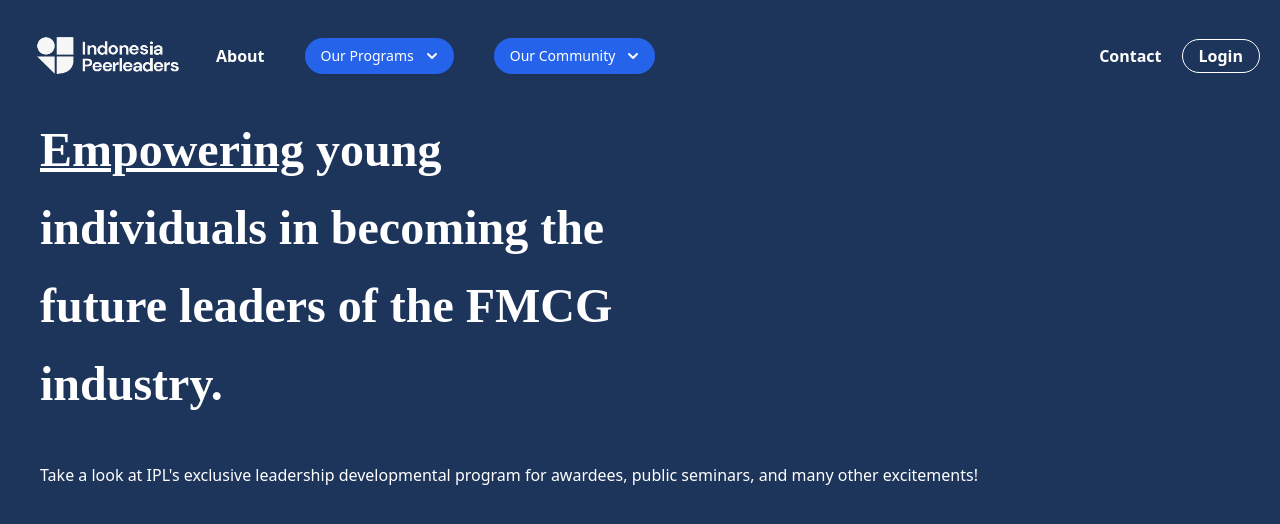
Repository: Delos-343/IPL-Website-Dev
Page: /
The author's editor kept a copy of each file at every save. The page is drawn from the files as they stood at one save, then again after the next save.
The browser window is 1280 px wide. The pictures show the whole page.
The project was rebuilt for these pictures with package versions that can differ from the ones it lists, and the page was loaded fresh each time. The framework's server and built-in components were replaced by stand-ins that run in the browser. Also part of the build but not shown: next.config.js.

Above is the page before, as saved 2022-04-25 17:22:11.

### pages/index.tsx
import type { NextPage } from 'next'
import Head from 'next/head'
import Ellipse from '../components/Ellipse'
import Header from '../components/Header'
import Hero from '../components/Hero'

const Home: NextPage = () => {
  return (
    <div className="bg-[#1e355b] w-full h-screen">
      <Head>
        <title>IPL | Indonesia Peerleaders</title>
        <link rel="icon" href="/logo-title.png" />
      </Head>

      {/* Fill with components or routes here */}
      <Header />
      <Hero />

    </div>
  )
}

export default Home

### styles/globals.css
@tailwind base;
@tailwind components;
@tailwind utilities;

@import url('https://fonts.googleapis.com/css2?family=Poppins:wght@200;300;400;500;600;700&display=swap');
@import url('https://fonts.googleapis.com/css2?family=Montserrat:wght@200;300;400;500;600;700&display=swap');

@layer base {
    html {
      font-family: Montserrat, Poppins, Proxima Nova, system-ui, sans-serif;
    }
}

### components/Header.tsx
import Link from 'next/link'
import React from 'react'
import DropdownOne from './DropdownOne'
import DropdownTwo from './DropdownTwo'

function Header() {
  return (
    <header className='flex justify-between p-5 max-w-7xl mx-auto bg-0 backdrop-blur-md'>
        <div className='flex items-center space-x-5'>
            <Link href='/'>
                <img
                    className='w-44 object-contain cursor-pointer'
                    src='./IPL_LOGO-15.png'
                    alt='logo'
                />
            </Link>
            <div className='hidden md:inline-flex items-center space-x-10 text-white font-semibold'>
                <h3>
                    <a href="#" className='hover:text-blue-600'> About </a>
                </h3>
                <DropdownOne />
                <DropdownTwo />
            </div>
        </div>

        <div className='flex items-center space-x-5 text-white hover:text-blue-60 font-semibold'>
            <h3>
                <a href="#" className='hover:text-blue-600'> Contact </a>
            </h3>
            <h3 className='border px-4 py-1 rounded-full border-white hover:bg-blue-600 hover:text-white'>
            <   a href="#"> Login </a>
            </h3>
        </div>
    </header>
  )
}

export default Header

### components/Hero.tsx
import React from 'react'

function Hero() {
  return (
    <div>
      <div className='text-white flex justify-between items-center py-10 lg:py-0'>
        <div className='px-10 space-y-10'>
          <h1 className="text-5xl max-w-xl leading-relaxed font-['Poppins'] font-semibold">
            <span className='underline decoration-white decoration-4'>
              Empowering
            </span>{" "}
              young individuals in becoming the future leaders of the FMCG industry.
          </h1>
          <h2>
            Take a look at IPL's exclusive leadership developmental program for awardees, public seminars, and many other excitements!
          </h2>
        </div>

        <div></div>

      </div>
    </div>
  )
}

export default Hero

### components/DropdownOne.tsx
import { React, Fragment } from 'react'
import { Menu, Transition } from '@headlessui/react'
import { ChevronDownIcon } from '@heroicons/react/solid'

function classNames(...classes) {
  return classes.filter(Boolean).join(' ')
}

function DropdownOne() {
  return (
    <Menu as="div" className="relative inline-block text-left">
      <div>
        <Menu.Button className="inline-flex justify-center w-full rounded-full shadow-sm px-4 py-2 bg-blue-600 text-sm font-medium text-white hover:bg-0 focus:outline-none focus:ring-2 focus:ring-offset-2 focus:ring-offset-gray-100 focus:ring-indigo-500">
          Our Programs
          <ChevronDownIcon className="-mr-1 ml-2 h-5 w-5" aria-hidden="true" />
        </Menu.Button>
      </div>

      <Transition
        as={Fragment}
        enter="transition ease-out duration-100"
        enterFrom="transform opacity-0 scale-95"
        enterTo="transform opacity-100 scale-100"
        leave="transition ease-in duration-75"
        leaveFrom="transform opacity-100 scale-100"
        leaveTo="transform opacity-0 scale-95"
      >
        <Menu.Items className="origin-top-right absolute right-0 mt-2 w-56 rounded-md shadow-lg bg-blue-600 ring-1 ring-black ring-opacity-5 focus:outline-none">
          <div className="py-1">
            <Menu.Item>
              {({ active }) => (
                <a
                  href="#"
                  className={classNames(
                    active ? 'bg-gray-100 text-gray-500' : 'text-white',
                    'block px-4 py-2 text-sm'
                  )}
                >
                  Upcoming Events
                </a>
              )}
            </Menu.Item>
            <Menu.Item>
              {({ active }) => (
                <a
                  href="#"
                  className={classNames(
                    active ? 'bg-gray-100 text-gray-500' : 'text-white',
                    'block px-4 py-2 text-sm'
                  )}
                >
                  Peers on Air
                </a>
              )}
            </Menu.Item>
            <Menu.Item>
              {({ active }) => (
                <a
                  href="#"
                  className={classNames(
                    active ? 'bg-gray-100 text-gray-500' : 'text-white',
                    'block px-4 py-2 text-sm'
                  )}
                >
                  Peers Conference
                </a>
              )}
            </Menu.Item>
            <Menu.Item>
              {({ active }) => (
                <a
                  href="#"
                  className={classNames(
                    active ? 'bg-gray-100 text-gray-500' : 'text-white',
                    'block px-4 py-2 text-sm'
                  )}
                >
                  Core Programs
                </a>
              )}
            </Menu.Item>
          </div>
        </Menu.Items>
      </Transition>
    </Menu>
  )
}

export default DropdownOne

### components/DropdownTwo.tsx
import { React, Fragment } from 'react'
import { Menu, Transition } from '@headlessui/react'
import { ChevronDownIcon } from '@heroicons/react/solid'

function classNames(...classes) {
  return classes.filter(Boolean).join(' ')
}

function DropdownTwo() {
  return (
    <Menu as="div" className="relative inline-block text-left">
      <div>
        <Menu.Button className="inline-flex justify-center w-full rounded-full shadow-sm px-4 py-2 bg-blue-600 text-sm font-medium text-white hover:bg-0 focus:outline-none focus:ring-2 focus:ring-offset-2 focus:ring-offset-gray-100 focus:ring-indigo-500">
          Our Community
          <ChevronDownIcon className="-mr-1 ml-2 h-5 w-5" aria-hidden="true" />
        </Menu.Button>
      </div>

      <Transition
        as={Fragment}
        enter="transition ease-out duration-100"
        enterFrom="transform opacity-0 scale-95"
        enterTo="transform opacity-100 scale-100"
        leave="transition ease-in duration-75"
        leaveFrom="transform opacity-100 scale-100"
        leaveTo="transform opacity-0 scale-95"
      >
        <Menu.Items className="origin-top-right absolute right-0 mt-2 w-56 rounded-md shadow-lg bg-blue-600 ring-1 ring-black ring-opacity-5 focus:outline-none">
          <div className="py-1">
            <Menu.Item>
              {({ active }) => (
                <a
                  href="#"
                  className={classNames(
                    active ? 'bg-gray-100 text-gray-500' : 'text-white',
                    'block px-4 py-2 text-sm'
                  )}
                >
                  Ongoing Events
                </a>
              )}
            </Menu.Item>
            <Menu.Item>
              {({ active }) => (
                <a
                  href="#"
                  className={classNames(
                    active ? 'bg-gray-100 text-gray-500' : 'text-white',
                    'block px-4 py-2 text-sm'
                  )}
                >
                  Awardees' Corner
                </a>
              )}
            </Menu.Item>
            <Menu.Item>
              {({ active }) => (
                <a
                  href="#"
                  className={classNames(
                    active ? 'bg-gray-100 text-gray-500' : 'text-white',
                    'block px-4 py-2 text-sm'
                  )}
                >
                  Mentor's Cafe
                </a>
              )}
            </Menu.Item>
            <Menu.Item>
              {({ active }) => (
                <a
                  href="#"
                  className={classNames(
                    active ? 'bg-gray-100 text-gray-500' : 'text-white',
                    'block px-4 py-2 text-sm'
                  )}
                >
                  Peers on Campus
                </a>
              )}
            </Menu.Item>
          </div>
        </Menu.Items>
      </Transition>
    </Menu>
  )
}

export default DropdownTwo

Loaded but not shown: pages/_app.tsx (common file); tailwind.config.js (common file)

After the next save:
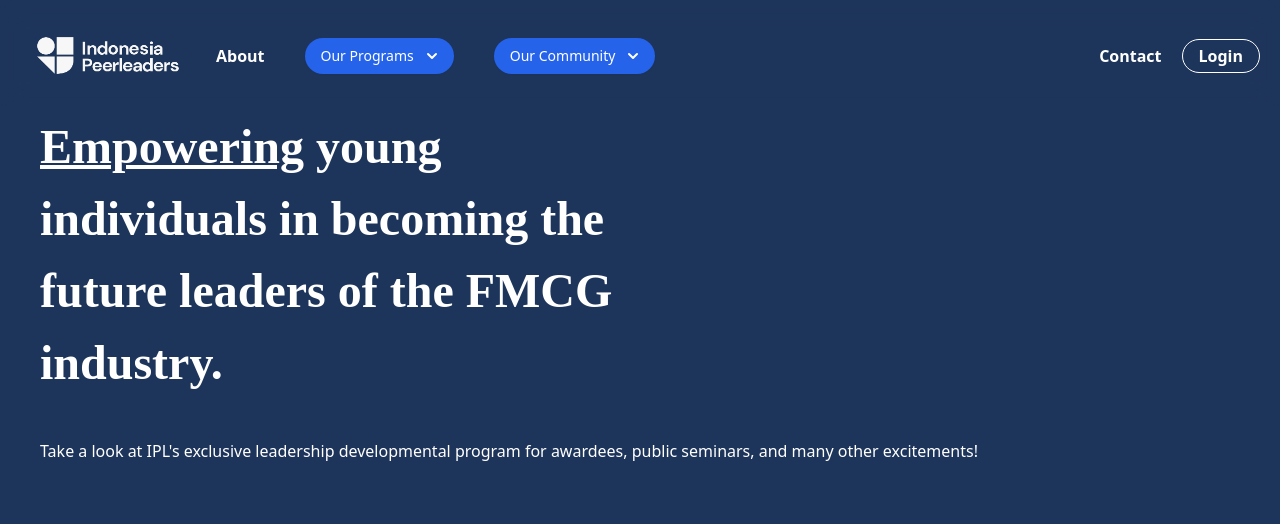
Saved 10 s later.
--- a/components/Hero.tsx
+++ b/components/Hero.tsx
@@ -5,7 +5,7 @@
     <div>
       <div className='text-white flex justify-between items-center py-10 lg:py-0'>
         <div className='px-10 space-y-10'>
-          <h1 className="text-5xl max-w-xl leading-relaxed font-['Poppins'] font-semibold">
+          <h1 className="text-5xl max-w-xl leading-normal font-['Poppins'] font-semibold">
             <span className='underline decoration-white decoration-4'>
               Empowering
             </span>{" "}
